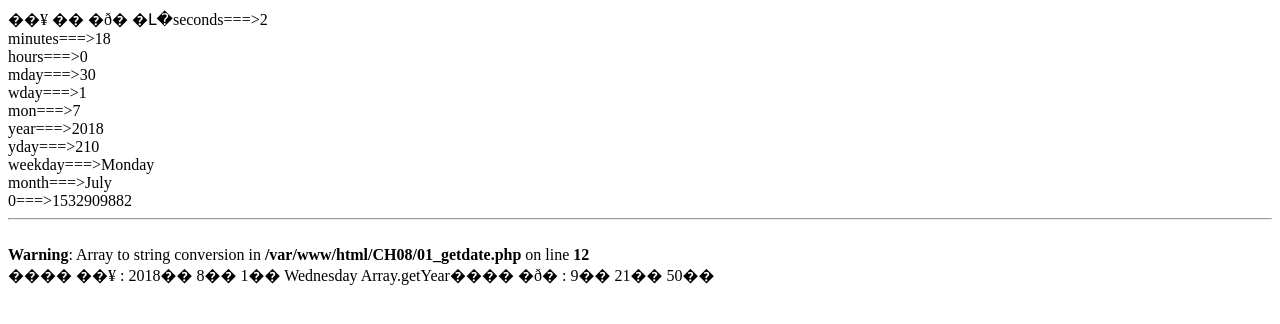
Repository: 2ujin/2018-PHP-afterschool
Page: http://localhost/CH08/01_getdate.php
These files come from the project's save history. The page is drawn as it stood at one moment and after the next save; the edit follows.
The browser window is 1280 px wide. The pictures show the whole page.
The page is run by PHP 8.4 with error messages shown; the project is at /var/www/html/.

Above is the page before, as saved 2018-08-01 00:29:19.

After the next save:
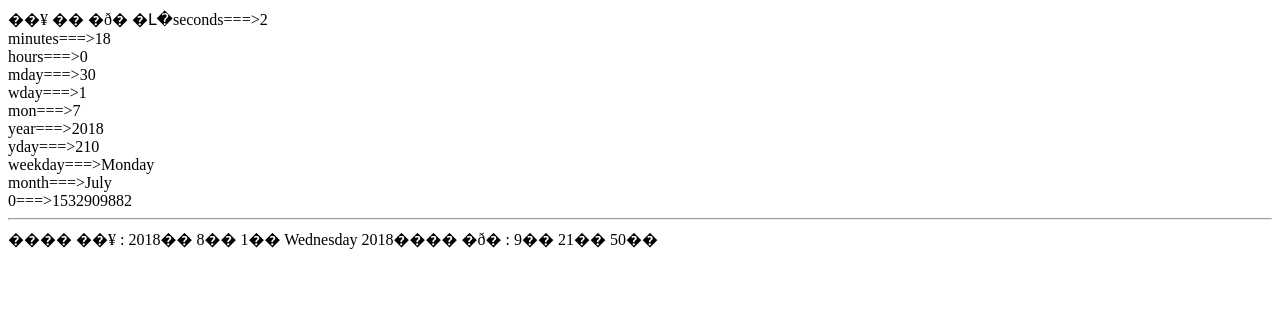
Saved 32 s later.
--- a/PHPStudy/CH08/01_getdate.php
+++ b/PHPStudy/CH08/01_getdate.php
@@ -9,7 +9,7 @@ foreach($today as $key=>$value)
 
     echo "<hr>";
 
-    echo "오늘 날짜 : 2018년 8월 1일 Wednesday $today.getYear";
+    echo "오늘 날짜 : 2018년 8월 1일 Wednesday $today[year]";
     echo "지금 시간 : 9시 21분 50초";
 
     ?>
